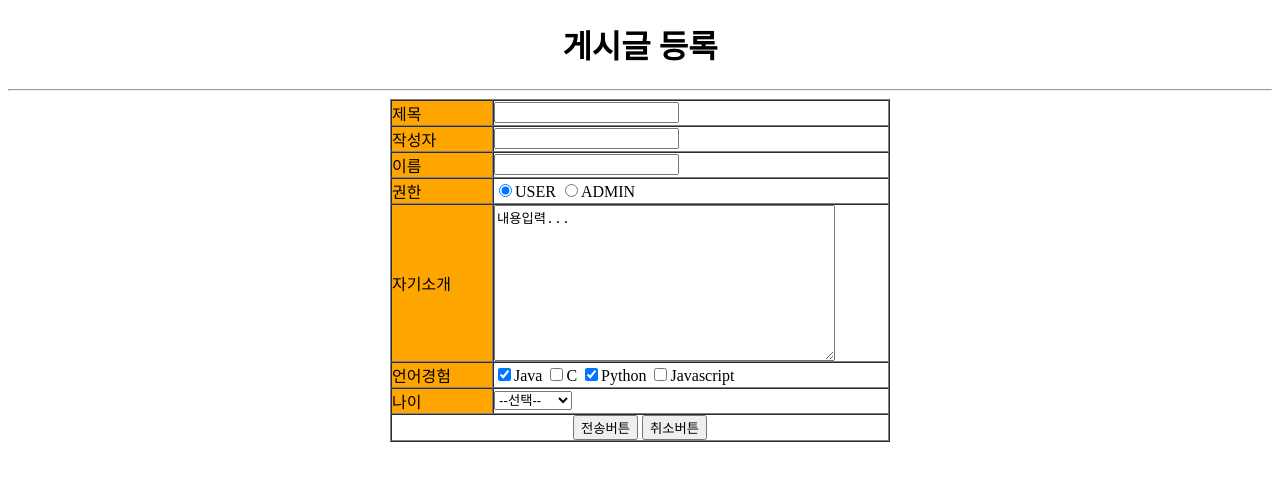
Repository: serim53/JSPStudy
Page: BoardWeb(JSP)/src/main/webapp/insertBoard.html
An editor plug-in stored every save of this project. The page is shown before and after the next save, followed by the edit.
The browser window is 1280 px wide. The pictures show the whole page.

Above is the page before, as saved 2025-07-08 06:43:47.

### BoardWeb(JSP)/src/main/webapp/insertBoard.html
<!DOCTYPE html PUBLIC "-//W3C//DTD HTML 4.01 Transitional//EN" "http://www.w3.org/TR/html4/loose.dtd">
<html>
<head>
<meta http-equiv="Content-Type" content="text/html; charset=UTF-8">
<title>글 등록</title>
</head>
<body>
<center>
<h1>게시글 등록</h1>
<hr>
<form action="insertBoard.do" method="post">

<table border="1" cellpadding="0" cellspacing="0" width="500">
	<tr>
		<td bgcolor="orange" width="100">제목</td>
		<td><input name="title" type="text"/></td>
	</tr>
	<tr>
		<td bgcolor="orange">작성자</td>
		<td><input name="writer" type="text" size="20"/></td>
	</tr>
	<tr>
		<td bgcolor="orange">이름</td>
		<td><input name="name" type="text"/></td>
	</tr>
	<tr>
		<td bgcolor="orange">권한</td>
		<td>
			<input name="role" value="USER" type="radio" checked/>USER
      		<input name="role" value="ADMIN" type="radio"/>ADMIN<br>
    	</td>
	</tr>
	<tr>
		<td bgcolor="orange">자기소개</td>
		<td><textarea name="selfInfo" rows="10" cols="40">내용입력...</textarea></td>
	</tr>
	<tr>
		<td bgcolor="orange">언어경험</td>
		<td>
			<input name="languages" value="Java" type="checkbox" checked/>Java
		    <input name="languages" value="C" type="checkbox"/>C
		    <input name="languages" value="Python" type="checkbox" checked/>Python
		    <input name="languages" value="Javascript" type="checkbox"/>Javascript
		</td>
	</tr>
	<tr>
		<td bgcolor="orange">나이</td>
		<td>
			<select name="age">
				<option>--선택--
				<option>10대
				<option>20대
				<option>30대
				<option>40대
				<option>50대
				<option>60대 이상
		  </select>
		</td>
	</tr>
	<tr>
		<td colspan="2" align="center">
			<input type="submit" value="전송버튼"/>
			<input type="reset" value="취소버튼"/>
		</td>
	</tr>
</table>
<!-- 아이디 : <input type="text" size="20"/><br>
비밀번호 : <input type="password" size="20"/><br>
이름 : <input type="text"/><br>
권한 : <input name="role" type="radio" checked/>USER
      <input name="role" type="radio"/>ADMIN<br>
자기소개 : <textarea rows="10" cols="40">내용입력...</textarea><br>
언어 경험 : <input type="checkbox" checked/>Java
		  <input type="checkbox"/>C
		  <input type="checkbox" checked/>Python
		  <input type="checkbox"/>Javascript<br>
나이 : <select>
		<option>--선택--
		<option>10대
		<option>20대
		<option>30대
		<option>40대
		<option>50대
		<option>60대 이상
	  </select><br>
<input type="submit" value="전송버튼"/>
<input type="reset" value="취소버튼"/> -->
</form>
</center>
</body>
</html>

After the next save:
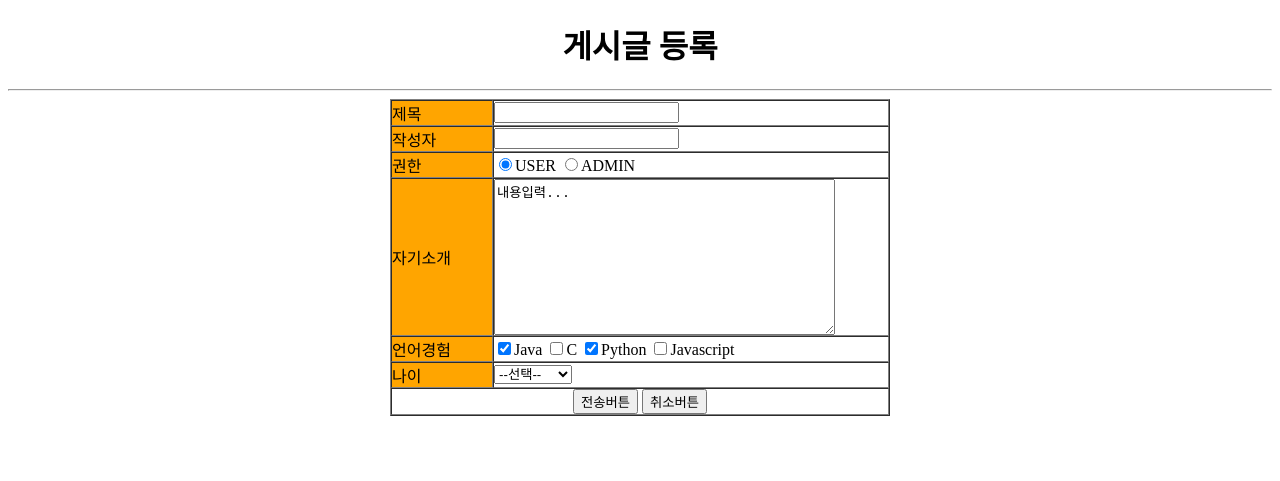
Saved 5 s later.
--- a/BoardWeb(JSP)/src/main/webapp/insertBoard.html
+++ b/BoardWeb(JSP)/src/main/webapp/insertBoard.html
@@ -18,10 +18,6 @@
 	<tr>
 		<td bgcolor="orange">작성자</td>
 		<td><input name="writer" type="text" size="20"/></td>
-	</tr>
-	<tr>
-		<td bgcolor="orange">이름</td>
-		<td><input name="name" type="text"/></td>
 	</tr>
 	<tr>
 		<td bgcolor="orange">권한</td>
